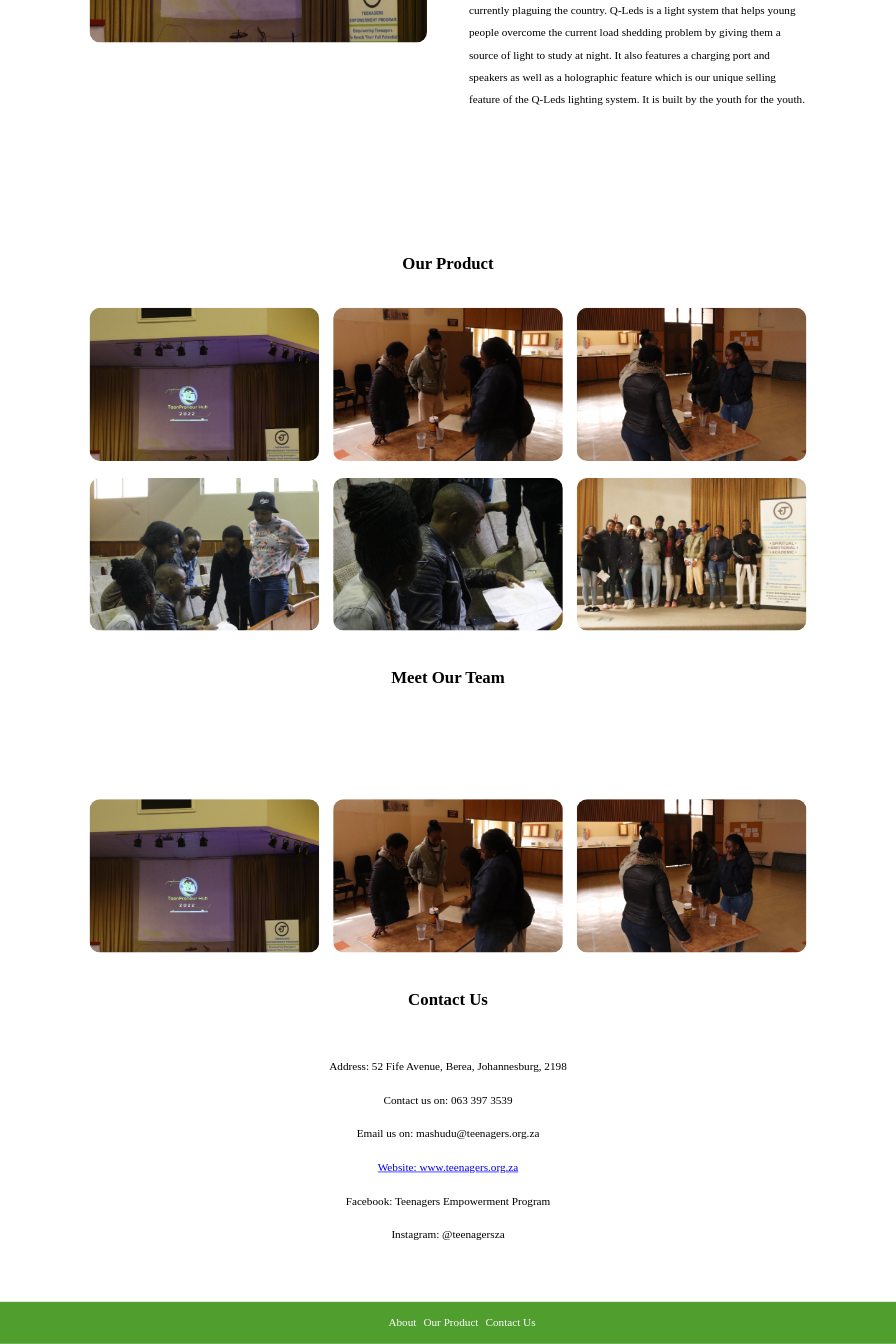
Repository: chadrackkyungu/4-BCT-TPH-Website
Page: index.html
These files come from the project's save history. The page is drawn as it stood at one moment and after the next save; the edit follows.
The browser window is 1280 px wide. The pictures show the part of the page from y = 1554 to 3474 px (the page is 3474 px tall before and 3410 px after), at 70% of full size.

Above is the page before, as saved 2022-10-21 09:38:08.

### index.html
<!DOCTYPE html>
<html lang="en">

<head>
    <meta charset="UTF-8">
    <meta http-equiv="X-UA-Compatible" content="IE=edge">
    <meta name="viewport" content="width=device-width, initial-scale=1.0">
    <title> TPH LAB </title>
    <link rel="stylesheet" href="/src/css/style.css">
</head>

<body>

    <div class="navigation">
        <div class="logocontainer">
            <img class="image1" src="./src/images/logo.png" alt="">
        </div>

        <ul class="nav-link">
            <a href="#about">
                <li>About</li>
            </a>
            <a href="#product">
                <li>Our Product</li>
            </a>
            <a href="#contact">
                <li>Contact Us</li>
            </a>
        </ul>
    </div>

    <div class="section1">
        <h2 class="title"> TEEN PRENEUR HUB 2022</h2>

        <div class="image-container">
            <img src="./src/images/img-2.jpeg" alt="">
        </div>
    </div>

    <div class="section1">
        <a id="about">
            <h2 class="title"> About Us</h2>
        </a>

        <div class="aboutcontainer">
            <div class="image-container">
                <img src="./src/images/img-4.jpeg" alt="">
            </div>


            <div class="contentcontainer">
                <h2>The Teenpreneur Hub</h2>

                <p>The Teenpreneur Hub is a teenage-based organisation with students that are built by the future. We aim to impact lives while making money. We do this through skills based learning in the disciplines of Technology, where we learn to create
                    websites such as this one that was created by the students of the Technology Hub, Media where we learn about photography and produce quality photos such as the ones posted on this webpage as well as Arts where we learn to do Graphic
                    Designing of Business Logos such as our Teenpreneur Hub logo.</p>

                <h2>Q-Leds</h2>

                <p>Q-Leds is a teenage-based business that was started by the students of the TeenPreneur Hub as part of their Entrepreneurial learning. Q-Leds is a project that was started to solve the problem of load shedding that is currently plaguing
                    the country. Q-Leds is a light system that helps young people overcome the current load shedding problem by giving them a source of light to study at night. It also features a charging port and speakers as well as a holographic feature
                    which is our unique selling feature of the Q-Leds lighting system. It is built by the youth for the youth.
                </p>

            </div>

        </div>
    </div>

    <div class="section1">
        <a id="product">
            <h2 class="title">Our Product</h2>
        </a>


        <div class="productcontainer">
            <div class="prductimagecontainer">
                <img src="./src/images/img-4.jpeg" alt="">
            </div>
            <div class="prductimagecontainer">
                <img src="./src/images/img-5.jpeg" alt="">
            </div>
            <div class="prductimagecontainer">
                <img src="./src/images/img-6.jpeg" alt="">
            </div>
            <div class="prductimagecontainer">
                <img src="./src/images/img-7.jpeg" alt="">
            </div>
            <div class="prductimagecontainer">
                <img src="./src/images/img-8.jpeg" alt="">
            </div>
            <div class="prductimagecontainer">
                <img src="./src/images/img-9.jpeg" alt="">
            </div>

        </div>
    </div>


    <div class="section1">
        <a id="product">
            <h2 class="title">Meet Our Team</h2>
        </a>

        <div class="teamcontainer">
            <div class="prductimagecontainer">
                <img src="./src/images/img-4.jpeg" alt="">
            </div>
            <div class="prductimagecontainer">
                <img src="./src/images/img-5.jpeg" alt="">
            </div>
            <div class="prductimagecontainer">
                <img src="./src/images/img-6.jpeg" alt="">
            </div>
        </div>
    </div>

    <div class="section1">
        <a id="contact">
            <h2 class="title"> Contact Us</h2>
        </a>

        <div class="contactcontainer">
            <div class="contactcontent">
                <P>Address: 52 Fife Avenue, Berea, Johannesburg, 2198</P>
                <p>Contact us on: 063 397 3539</p>
                <p>Email us on: mashudu@teenagers.org.za</p>
                <p><a href="https://teenagers.org.za/" target=" "> Website: www.teenagers.org.za </a></p>
                <p>Facebook: Teenagers Empowerment Program</p>
                <p>Instagram: @teenagersza</p>
            </div>
        </div>
    </div>

    <div class="navigation">
        <ul class="nav-link">
            <a href="#about">
                <li>About</li>
            </a>
            <a href="#product">
                <li>Our Product</li>
            </a>
            <a href="#contact">
                <li>Contact Us</li>
            </a>
        </ul>
    </div>
</body>
<html>

### src/css/style.css
html,
body {
    box-sizing: 0;
    margin: 0;
    padding: 0;
}

p {
    line-height: 2em;
}


/* NAVBAR */

.navigation {
    background-color: #509e2e;
    display: flex;
    justify-content: space-around;
    align-items: center;
}

.image1 {
    width: 100px;
}

.nav-link {
    display: flex;
}

.nav-link li {
    list-style-type: none;
    padding: 5px;
    color: white;
}

.nav-link a {
    text-decoration: none !important;
}


/* SECTION 1 */

.section1 {
    width: 80%;
    margin: 0 auto;
}

img {
    border-radius: 15px;
}

.title {
    text-align: center;
    margin-bottom: 50px;
    margin-top: 50px;
}

.image-container {
    width: 100%;
    height: 100vh;
}

.image-container img {
    width: 100%;
    height: 65% !important;
}

.aboutcontainer {
    display: flex;
    justify-content: space-between;
    /* align-items: center; */
    /* border: 5px solid red; */
}

.aboutcontainer .image-container {
    margin-top: 5em;
}

.contentcontainer {
    margin-left: 60px;
    width: 100%;
    /* border: 5px solid #00ff2a; */
}

.productcontainer {
    display: grid;
    grid-template-columns: 1fr 1fr 1fr;
    gap: 20px;
}

.teamcontainer {
    display: grid;
    grid-template-columns: 1fr 1fr 1fr;
    gap: 20px;
    margin-top: 10em;
}

.prductimagecontainer {
    width: 100%;
}

.prductimagecontainer img {
    width: 100%;
}

.contactcontainer {
    display: flex;
    justify-content: center;
    align-items: center;
    margin-bottom: 4em;
}

.contactcontent {
    margin: auto 0;
    text-align: center;
}

.logocontainer {
    width: 10%;
}

.logocontainer img {
    width: 50%;
    border-radius: 100%;
}

After the next save:
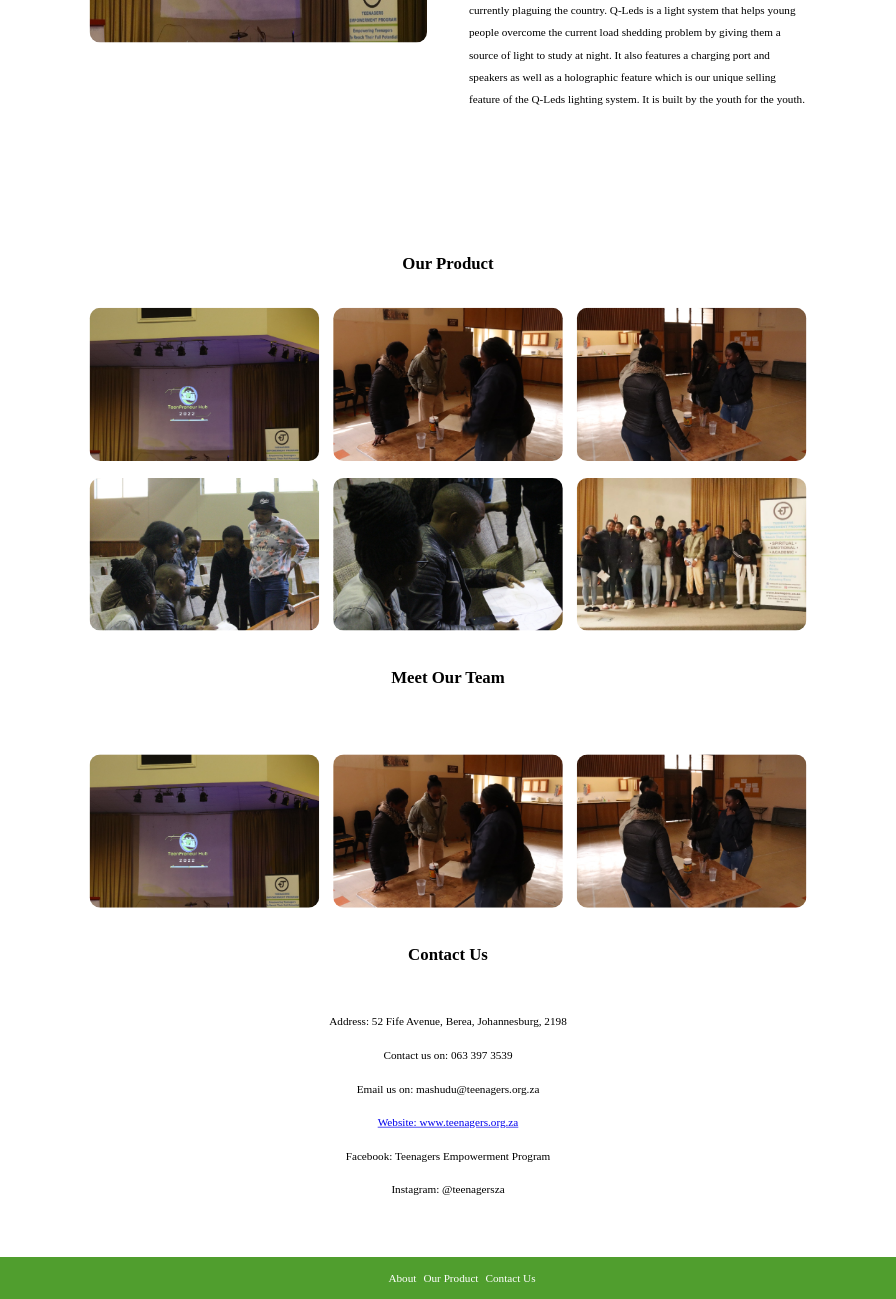
Saved 11 s later.
--- a/src/css/style.css
+++ b/src/css/style.css
@@ -92,7 +92,7 @@
     display: grid;
     grid-template-columns: 1fr 1fr 1fr;
     gap: 20px;
-    margin-top: 10em;
+    margin-top: 6em;
 }
 
 .prductimagecontainer {
